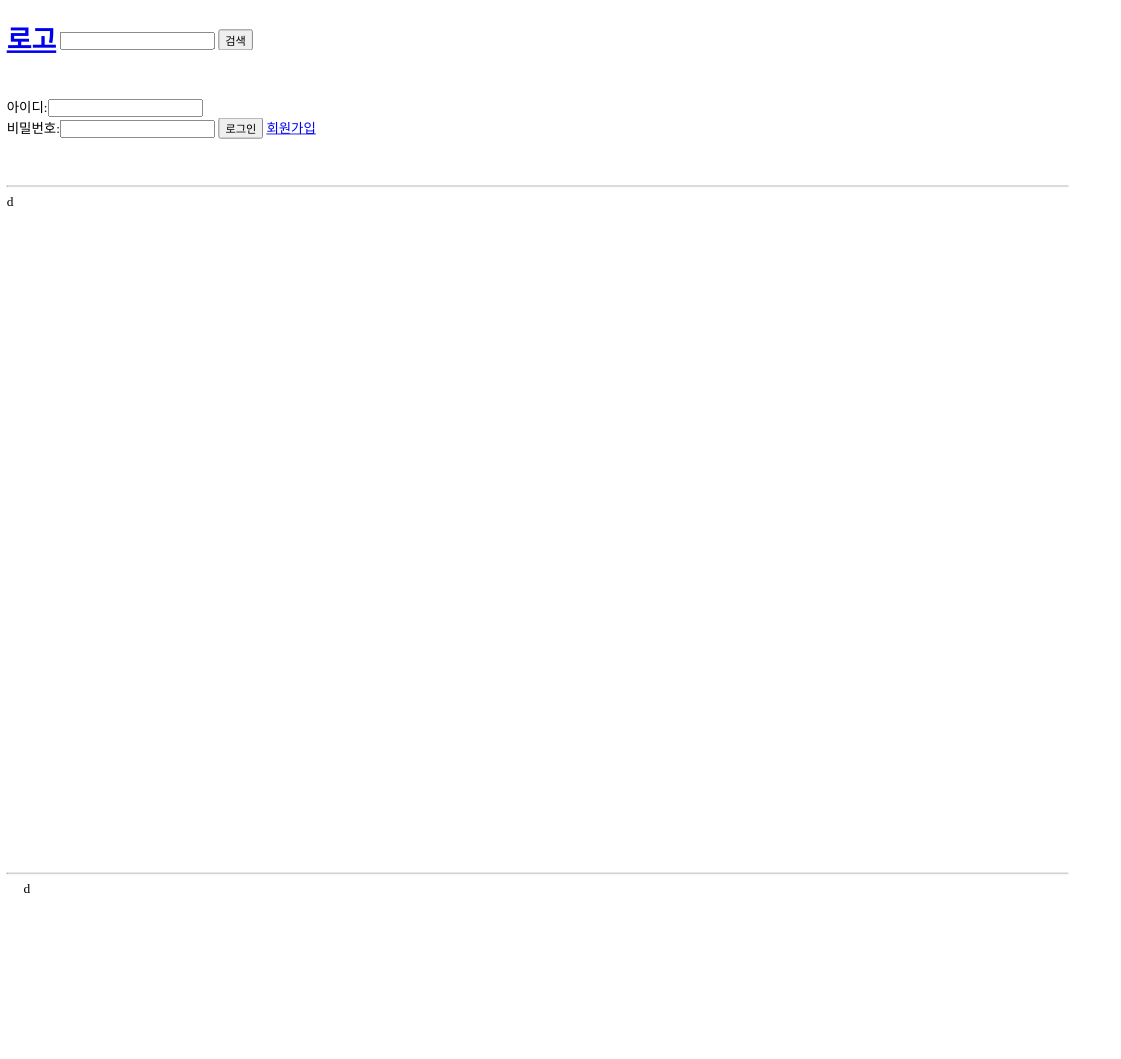
Repository: whtpdnd/Project
Page: project02/Music/WebContent/index.html
These files come from the project's save history. The page is drawn as it stood at one moment and after the next save; the edit follows.
The browser window is 1280 px wide. The page is 1335 px wide, so the pictures cover 1335 px, including what lies to the right of the window. The pictures show the whole page, at 84% of full size.

Above is the page before, as saved 2022-11-23 10:10:22.

### project02/Music/WebContent/index.html
<!DOCTYPE html>
<html>
	<head>
		<meta charset="EUC-KR">
		<title>노래 추천</title>
		<link rel="stylesheet" href="css/style.css">
	</head>
	<body>
		<div class="header">
			<div class="logo">
				<h1><a href="#">로고</a></h1>
			</div>
			<div class="serch">
				<input type="text">
				<input type="button" value="검색">
			</div>
			<div class="login">
				아이디:<input type="text">
				<br>
				비밀번호:<input type="password">
				<input type="button" value="로그인">
				<a href="#">회원가입</a>
			</div>
		</div>
		<hr>
		<div class="body">
			d
		</div>
		<hr>
		<div class="tail">
			d
		</div>
	</body>
</html>

### project02/Music/WebContent/css/style.css
@charset "EUC-KR";
.header
{
	position: relative;
    width: 100%;
    min-width: 1048px;
    height: 192px;
}
.body
{
	position: relative;
    display: inline-block;
    display: block;
    width: 100%;
    min-height: 800px;
}
.tail
{
	min-height: 204px;
    padding: 0 20px;
}
.serch
{
	position: relative;
	right:-5%;
	bottom:28%;
}

After the next save:
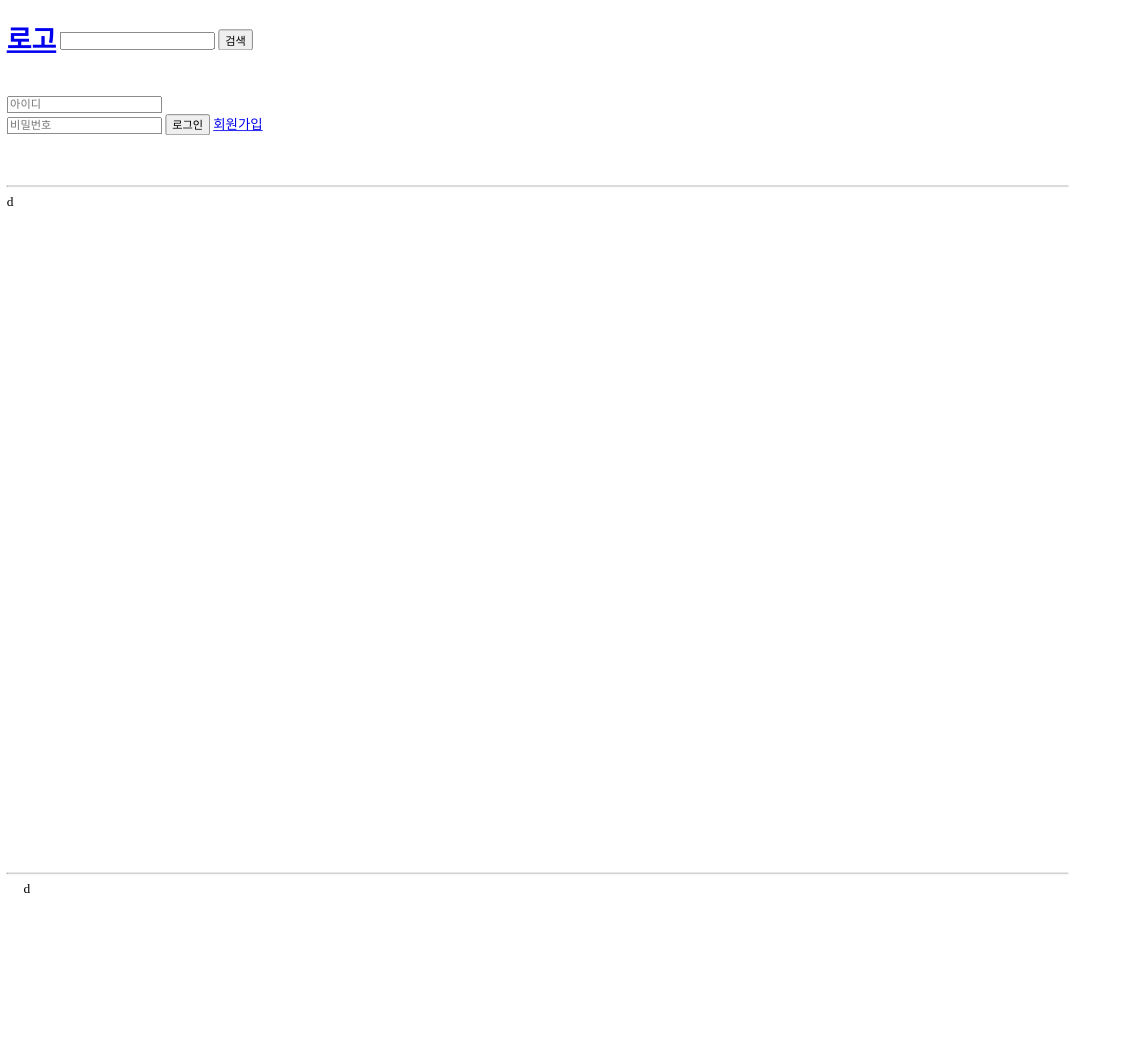
Saved 57 s later.
--- a/project02/Music/WebContent/index.html
+++ b/project02/Music/WebContent/index.html
@@ -15,9 +15,9 @@
 				<input type="button" value="검색">
 			</div>
 			<div class="login">
-				아이디:<input type="text">
+				<input type="text" placeholder="아이디">
 				<br>
-				비밀번호:<input type="password">
+				<input type="password" placeholder="비밀번호">
 				<input type="button" value="로그인">
 				<a href="#">회원가입</a>
 			</div>
